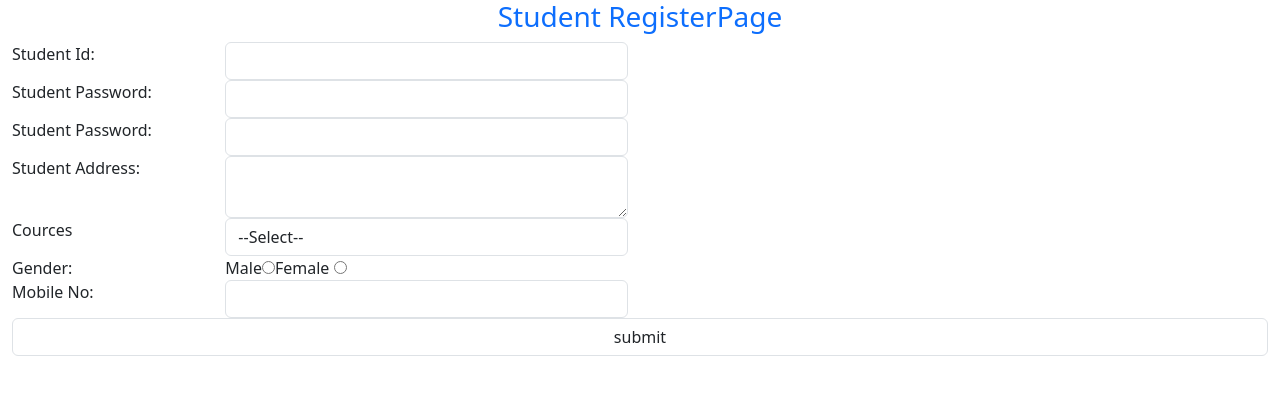
Repository: speaktwojitendra/WareHouseApp
Page: http://localhost/StudentRegister
An editor plug-in stored every save of this project. The page is shown before and after the next save, followed by the edit.
The browser window is 1280 px wide. The pictures show the whole page.
The page is this project's Thymeleaf template; nobody is signed in. The template is opened directly, without the code that normally fills it, so the values that code supplies are empty.

Above is the page before, as saved 2026-01-11 10:36:35.

After the next save:
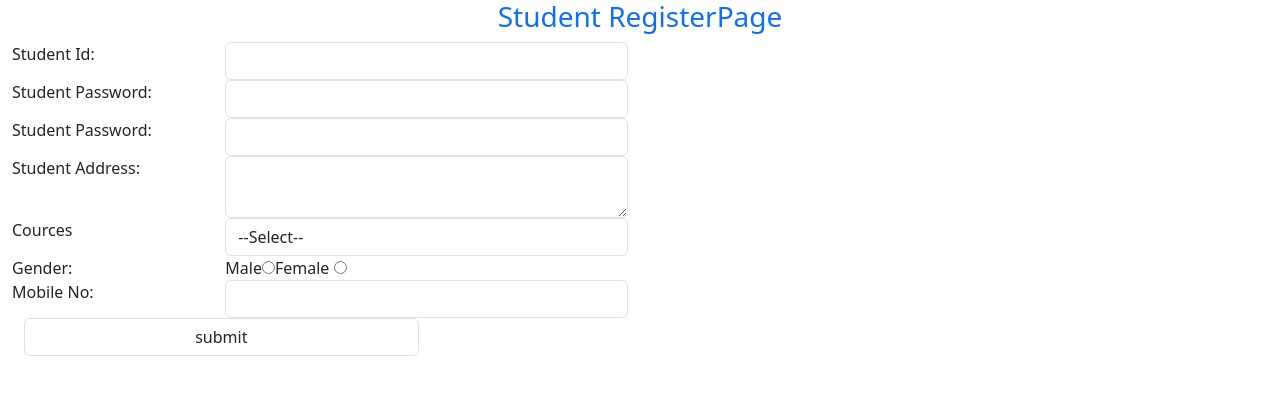
Saved 112 s later.
--- a/student1App/src/main/resources/templates/StudentRegister.html
+++ b/student1App/src/main/resources/templates/StudentRegister.html
@@ -68,8 +68,18 @@
 
 </div>
 
+<div class="container-fluid">
 
-<input type=submit value=submit class="form-control col4">
+<div class="row">
+
+<div class="col-4"><input type=submit value=submit class="form-control col4"></div>
+
+
+</div>
+
+
+</div>
+
 
 
 
